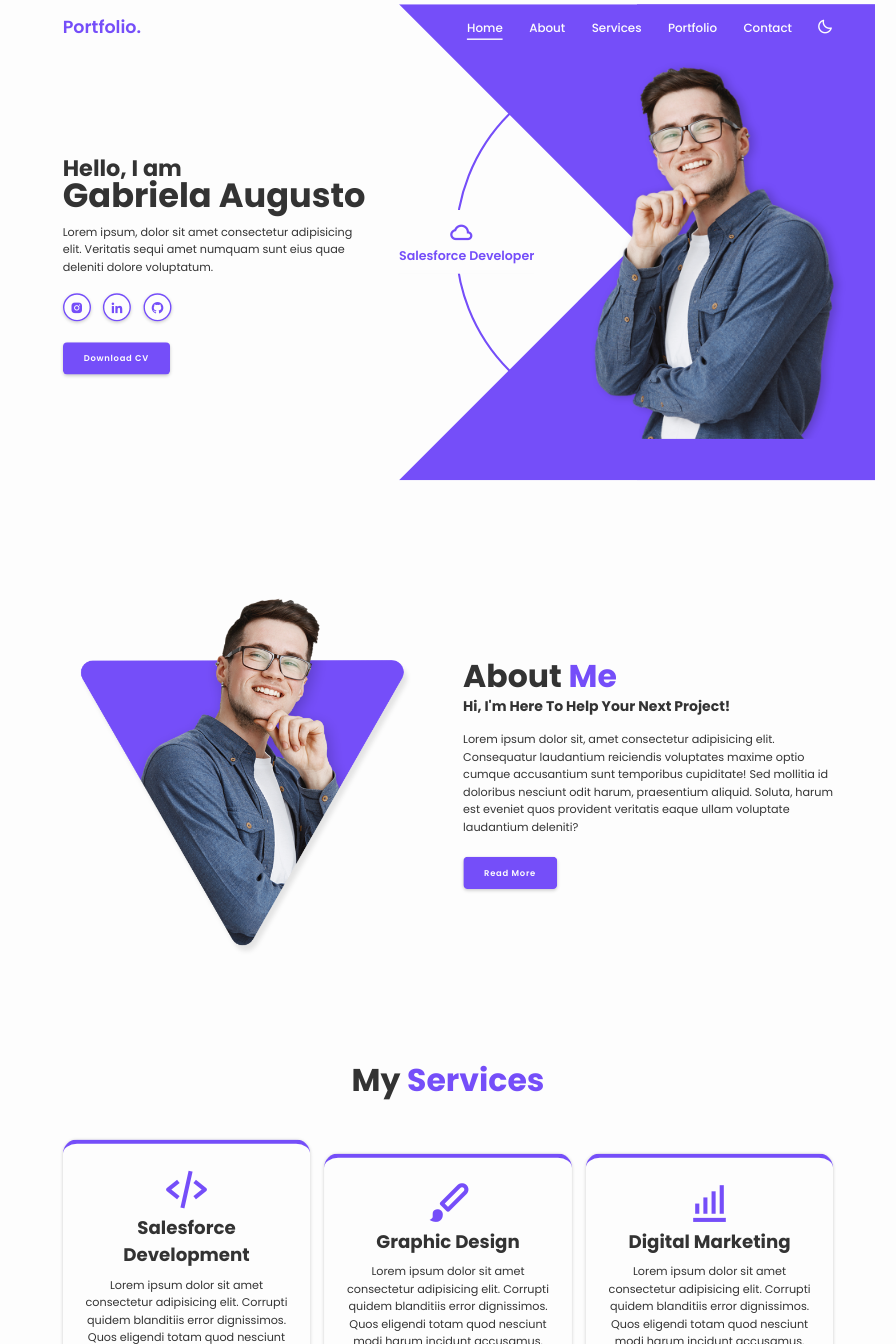
Repository: Gabi-Augusto/Portfolio
Page: index.html
The author's editor kept a copy of each file at every save. The page is drawn from the files as they stood at one save, then again after the next save.
The browser window is 1280 px wide. The pictures show the part of the page from y = 0 to 1920 px (the page is 4421 px tall), at 70% of full size.

Above is the page before, as saved 2023-11-29 21:26:42.

After the next save:
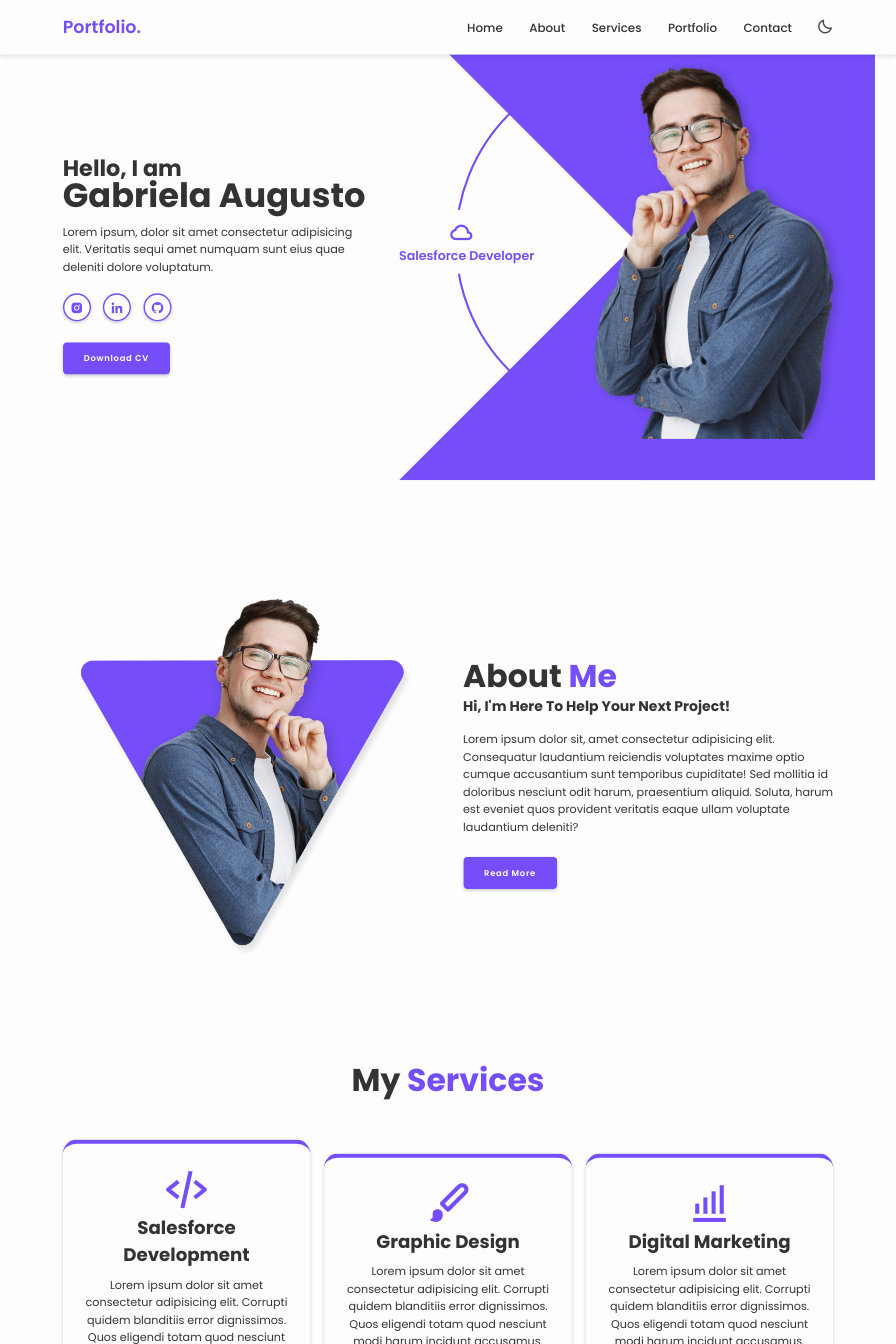
Console error: TypeError: Cannot read properties of null (reading 'classList')
Saved 10 min 32 s later.
--- a/js/script.js
+++ b/js/script.js
@@ -8,6 +8,20 @@
 let navLinks = document.querySelectorAll('header nav a');
 
 window.onscroll = () => {
+
+    sections.forEach(sec => {
+        let top = window.scrollY;
+        let offset = sec.offsetTop - 150;
+        let height = sec.offsetHeight;
+        let id = sec.getAttribute('id');
+
+        if (top >= offset && top < offset + height) {
+            navLinks.forEach(links => {
+                links.classList.remove('active');
+                document.querySelector('header nav a [href*=' + id + ']').classList.add('active');
+            });
+        };
+    });
     /*========== sticky navbar ==========*/
     let header = document.querySelector('.header');
 

After the 5 saves that followed:
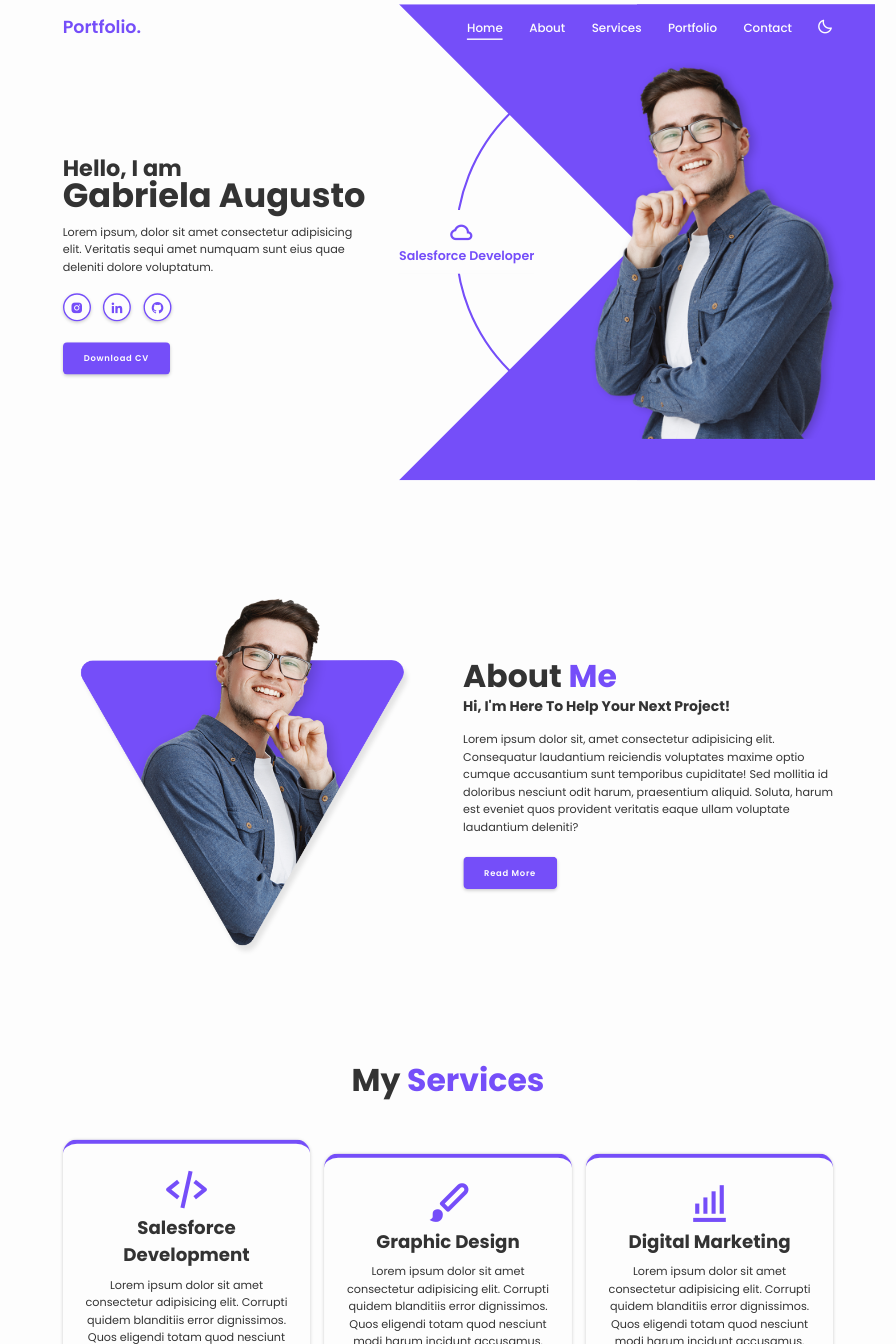
The error is gone.
The 5 saves are shown as one change because 4 left the picture as it was.
The last was saved 9 min 27 s later.
--- a/js/script.js
+++ b/js/script.js
@@ -9,19 +9,19 @@
 
 window.onscroll = () => {
 
-    sections.forEach(sec => {
-        let top = window.scrollY;
-        let offset = sec.offsetTop - 150;
-        let height = sec.offsetHeight;
-        let id = sec.getAttribute('id');
+    // sections.forEach(sec => {
+    //     let top = window.scrollY;
+    //     let offset = sec.offsetTop - 150;
+    //     let height = sec.offsetHeight;
+    //     let id = sec.getAttribute('id');
 
-        if (top >= offset && top < offset + height) {
-            navLinks.forEach(links => {
-                links.classList.remove('active');
-                document.querySelector('header nav a [href*=' + id + ']').classList.add('active');
-            });
-        };
-    });
+    //     if (top >= offset && top < offset + height) {
+    //         navLinks.forEach(links => {
+    //             links.classList.remove('active');
+    //             document.querySelector('header nav a [href*=' + id + ']').classList.add('active');
+    //         });
+    //     };
+    // });
     /*========== sticky navbar ==========*/
     let header = document.querySelector('.header');
 
